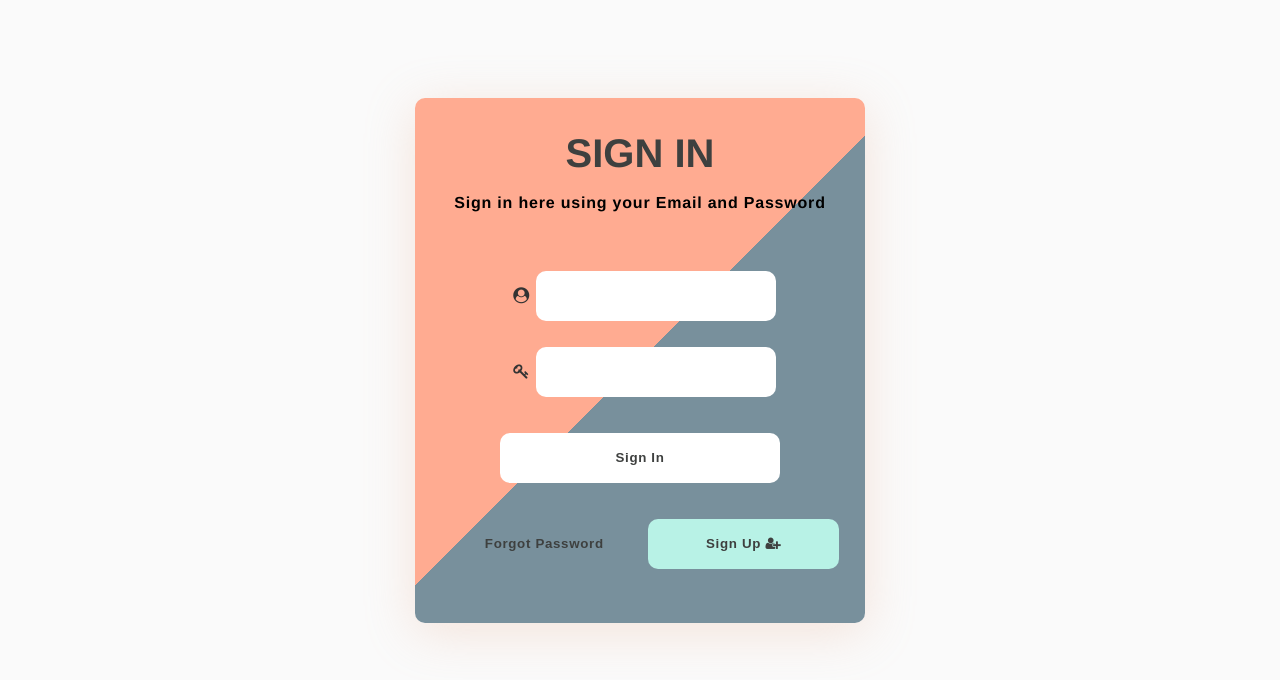
Repository: DhanushPrabha22/Zoho-Mini-Project
Page: http://localhost/ToDo_List/
These files come from the project's save history. The page is drawn as it stood at one moment and after the next save; the edit follows.
The browser window is 1280 px wide. The pictures show the whole page.
Some web libraries are served in a nearby version. The page is served by Tomcat 9.

Above is the page before, as saved 2021-03-17 07:20:05.

After the next save:
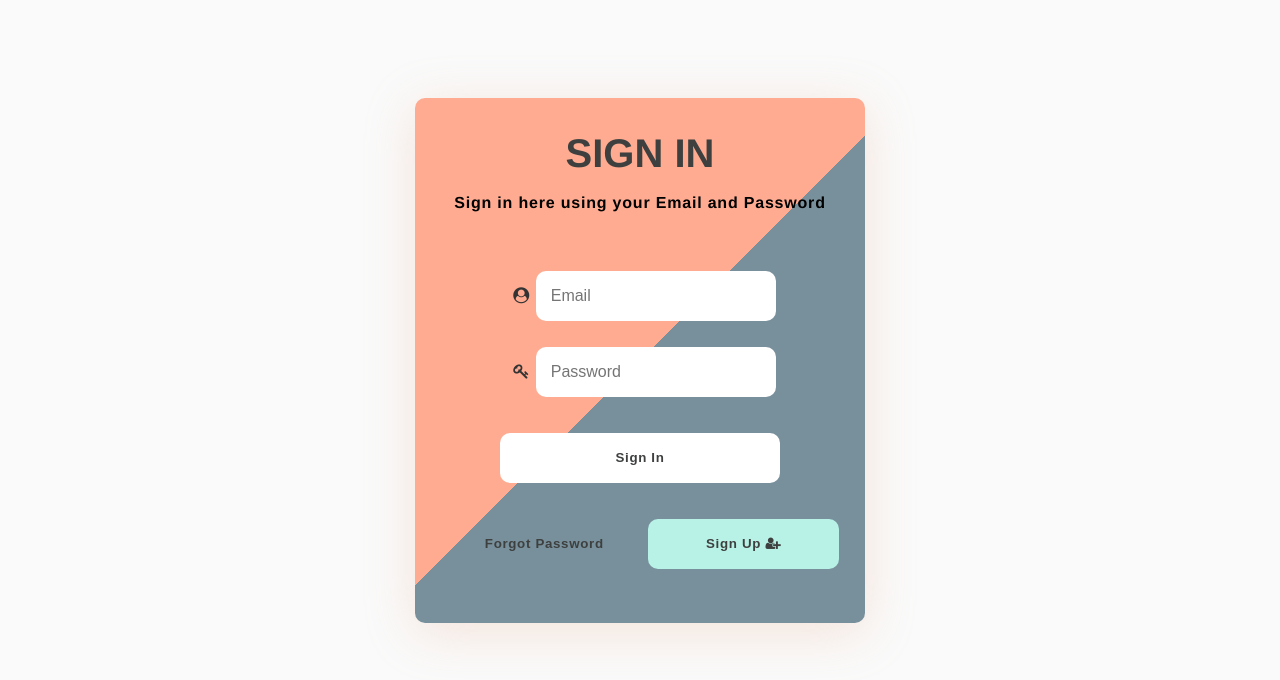
Saved 27 s later.
--- a/Todo Eclipse/ToDo_List/WebContent/sign_in.jsp
+++ b/Todo Eclipse/ToDo_List/WebContent/sign_in.jsp
@@ -37,11 +37,11 @@ Created By Dhanush L
 					<!--user name -->
 					<html:errors property="email_e"/><br>
 					<span class="input-item"><i class="fa fa-user-circle"></i></span>
-					<html:text styleClass="form-input" property="email"/><br>
+					<html:text styleClass="form-input" property="email" styleId="email"/><br>
 					<!--Password -->
 					<html:errors property="password_e"/><br>
 					<span class="input-item"><i class="fa fa-key"></i></span>
-					<html:password styleClass="form-input" property="password"/>
+					<html:password styleClass="form-input" property="password" styleId="pwd"/>
 					<br><br><br>
 					<html:submit styleClass="log-in button" value="Sign In"/>
 				</html:form>
